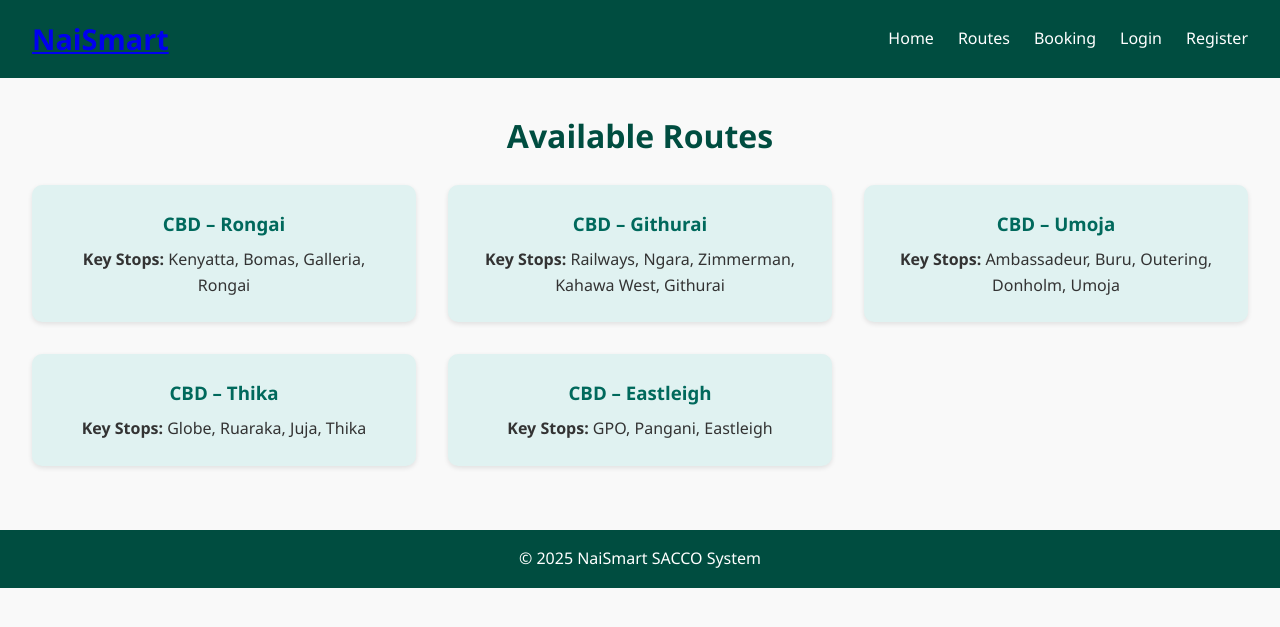
Repository: Ndegwa2/sacco
Page: Client./routes.html
The author's editor kept a copy of each file at every save. The page is drawn from the files as they stood at one save, then again after the next save.
The browser window is 1280 px wide. The pictures show the whole page.

Above is the page before, as saved 2025-06-10 23:01:17.

### Client./routes.html
<!DOCTYPE html>
<html lang="en">
<head>
  <meta charset="UTF-8" />
  <meta name="viewport" content="width=device-width, initial-scale=1.0"/>
  <title>Routes - NaiSmart</title>
  <link rel="stylesheet" href="/styles.css">
</head>
<body>

  <header>
    <nav>
      <h1 class="logo"><a href="/">NaiSmart</a></h1>
      <ul>
        <li><a href="index.html">Home</a></li>
        <li><a href="routes.html">Routes</a></li>
        <li><a href="Booking.html">Booking</a></li>
        <li><a href="login.html">Login</a></li>
        <li><a href="register.html">Register</a></li>
      </ul>
    </nav>
  </header>
  <section class="routes-section">
    <h2>Available Routes</h2>
    <div class="route-cards">
      <div class="route-card">
        <h3>CBD – Rongai</h3>
        <p><strong>Key Stops:</strong> Kenyatta, Bomas, Galleria, Rongai</p>
      </div>
      <div class="route-card">
        <h3>CBD – Githurai</h3>
        <p><strong>Key Stops:</strong> Railways, Ngara, Zimmerman, Kahawa West, Githurai</p>
      </div>
      <div class="route-card">
        <h3>CBD – Umoja</h3>
        <p><strong>Key Stops:</strong> Ambassadeur, Buru, Outering, Donholm, Umoja</p>
      </div>
      <div class="route-card">
        <h3>CBD – Thika</h3>
        <p><strong>Key Stops:</strong> Globe, Ruaraka, Juja, Thika</p>
      </div>
      <div class="route-card">
        <h3>CBD – Eastleigh</h3>
        <p><strong>Key Stops:</strong> GPO, Pangani, Eastleigh</p>
      </div>
    </div>
  </section>

  <footer>
    <p>&copy; 2025 NaiSmart SACCO System</p>
  </footer>

</body>
</html>

### styles.css
/* General reset and font */
* {
  margin: 0;
  padding: 0;
  box-sizing: border-box;
  font-family: 'Segoe UI', Tahoma, Geneva, Verdana, sans-serif;
}

body {
  background-color: #f9f9f9;
  color: #333;
  line-height: 1.6;
}
.about-us {
  padding: 4rem 2rem;
  background-color: #ffffff;
  color: #333;
  text-align: center;
}

.about-container {
  max-width: 900px;
  margin: 0 auto;
}

.about-us h3 {
  font-size: 2rem;
  color: #004d40;
  margin-bottom: 1.5rem;
}

.about-us p {
  font-size: 1.1rem;
  line-height: 1.7;
  margin-bottom: 1rem;
}

/* Navbar */
header {
  background-color: #004d40;
  padding: 1rem 2rem;
  color: white;
}

nav {
  display: flex;
  justify-content: space-between;
  align-items: center;
}

nav .logo {
  font-size: 1.8rem;
  font-weight: bold;
}

nav ul {
  list-style: none;
  display: flex;
  gap: 1.5rem;
}

nav ul li a {
  color: white;
  text-decoration: none;
  font-weight: 500;
}

nav ul li a:hover {
  text-decoration: underline;
}

/* Hero section */
.hero {
  background: url('https://img.freepik.com/free-photo/male-bus-driver-portrait_23-2151582626.jpg?ga=GA1.1.1362746214.1749109585&semt=ais_items_boosted&w=740') no-repeat center center/cover;
  color: white;
  text-align: center;
  padding: 6rem 2rem;
}

.hero h2 {
  font-size: 2.5rem;
  margin-bottom: 1rem;
}

.hero p {
  font-size: 1.2rem;
  max-width: 600px;
  margin: 0 auto 2rem auto;
}

.btn {
  display: inline-block;
  background-color: #00bfa5;
  color: white;
  padding: 0.8rem 1.5rem;
  border-radius: 5px;
  text-decoration: none;
  font-weight: bold;
}

.btn:hover {
  background-color: #008e76;
}
/*logo styling*/
.logo img {
  height: 50px;
  object-fit: contain;
}
/*slogan bar*/
.slogan-bar {
  background-color: #00bfa5;
  color: white;
  text-align: center;
  padding: 1.2rem;
  font-size: 1.1rem;
  font-weight: 500;
  letter-spacing: 0.5px;
  box-shadow: 0 2px 5px rgba(0, 0, 0, 0.1);
}

/* Services Section */
.services {
  padding: 4rem 2rem;
  text-align: center;
  background-color: #fff;
}

.services h3 {
  font-size: 2rem;
  margin-bottom: 2rem;
  color: #004d40;
}

.service-grid {
  display: grid;
  grid-template-columns: repeat(auto-fit, minmax(250px, 1fr));
  gap: 2rem;
}

.service-grid div {
  background-color: #e0f2f1;
  padding: 2rem;
  border-radius: 10px;
  box-shadow: 0 2px 5px rgba(0,0,0,0.05);
}

.service-grid h4 {
  color: #00695c;
  margin-bottom: 0.8rem;
}

/* Footer */
footer {
  text-align: center;
  background-color: #004d40;
  color: white;
  padding: 1rem;
  margin-top: 2rem;
}
/* Admin Header */
.admin-header {
  background-color: #00695c;
  color: white;
  padding: 1rem 2rem;
  display: flex;
  justify-content: space-between;
  align-items: center;
  position: fixed;
  width: 100%;
  top: 0;
  left: 0;
  z-index: 1000;
}

/* Admin Profile */
.admin-profile span {
  margin-right: 1rem;
  font-weight: bold;
}

/* Sidebar Navigation */
.admin-sidebar {
  background-color: #00695c;
  padding-top: 60px;
  height: 100vh;
  width: 200px;
  position: fixed;
  top: 0;
  left: 0;
  overflow-y: auto;
}

.admin-sidebar ul {
  list-style: none;
  padding: 0;
  margin: 0;
}

.admin-sidebar ul li a {
  display: block;
  padding: 1rem;
  color: white;
  text-decoration: none;
  transition: background-color 0.3s;
}

.admin-sidebar ul li a:hover,
.admin-sidebar ul li a.active {
  background-color: #004d40;
  font-weight: bold;
}

/* Main Content */
.admin-main {
  margin-left: 220px;
  margin-top: 80px;
  padding: 2rem;
  background-color: #f9f9f9;
  min-height: 100vh;
}

/* Section Styling */
.admin-section {
  background: #fff;
  padding: 2rem;
  border-radius: 10px;
  box-shadow: 0 0 10px rgba(0,0,0,0.05);
}

/* Add Button */
.add-btn {
  background-color: #00bfa5;
  color: white;
  padding: 0.6rem 1.2rem;
  border: none;
  border-radius: 6px;
  cursor: pointer;
  margin-bottom: 1rem;
}

/* Form Styling */
form#addFleetForm {
  background: #f1f8f6;
  padding: 1.5rem;
  border-radius: 8px;
  margin-bottom: 2rem;
  display: flex;
  flex-direction: column;
  gap: 1rem;
}

form input,
form select {
  padding: 0.7rem;
  border: 1px solid #ccc;
  border-radius: 4px;
  font-size: 1rem;
}

/* Table Styling */
.route-table {
  width: 100%;
  border-collapse: collapse;
  background-color: white;
  border-radius: 10px;
  overflow: hidden;
}

.route-table th,
.route-table td {
  padding: 1rem;
  text-align: left;
  border-bottom: 1px solid #ddd;
}

.route-table th {
  background-color: #004d40;
  color: white;
}

/* Status Badges */
.badge.active {
  background-color: #00bfa5;
  color: white;
  padding: 0.3rem 0.7rem;
  border-radius: 20px;
}

.badge.inactive {
  background-color: #ef5350;
  color: white;
  padding: 0.3rem 0.7rem;
  border-radius: 20px;
}

/* Action Buttons */
.edit-btn, .delete-btn {
  padding: 0.4rem 0.8rem;
  border: none;
  border-radius: 5px;
  cursor: pointer;
  margin-right: 0.5rem;
}

.edit-btn {
  background-color: #42a5f5;
  color: white;
}
/* Sacco Members Sidebar */
.sacco-members-sidebar {
  width: 200px;
  background-color: #004d40;
  color: white;
  padding: 1rem;
}

.sacco-members-sidebar ul {
  list-style: none;
  padding: 0;
}

.sacco-members-sidebar li {
  margin-bottom: 0.5rem;
}

.sacco-members-sidebar a {
  color: white;
  text-decoration: none;
}

.delete-btn {
  background-color: #ef5350;
  color: white;
}

/* Routes Section Styling */
.routes-section {
  padding: 2rem;
  text-align: center;
}

.routes-section h2 {
  font-size: 2rem;
  margin-bottom: 1.5rem;
  color: #004d40;
}

.route-cards {
  display: grid;
  grid-template-columns: repeat(auto-fit, minmax(300px, 1fr));
  gap: 2rem;
}

.route-card {
  background-color: #e0f2f1;
  padding: 1.5rem;
  border-radius: 10px;
  box-shadow: 0 2px 5px rgba(0,0,0,0.1);
}

.route-card h3 {
  color: #00695c;
  margin-bottom: 0.5rem;
}

.route-card p {
  font-size: 1rem;
}

/* Booking Section Styling */
.booking-section {
  padding: 2rem;
  text-align: center;
}

.booking-box {
  width: 500px;
  margin: 0 auto;
  background-color: #f9f9f9;
  padding: 2rem;
  border-radius: 10px;
  box-shadow: 0 2px 5px rgba(0,0,0,0.1);
}

.booking-box h2 {
  font-size: 2rem;
  margin-bottom: 1.5rem;
  color: #004d40;
}

.booking-box label {
  display: block;
  margin-bottom: 0.5rem;
  font-weight: bold;
  color: #333;
}

.booking-box input[type="text"],
.booking-box input[type="date"],
.booking-box input[type="time"],
.booking-box select {
  width: 100%;
  padding: 0.7rem;
  margin-bottom: 1rem;
  border: 1px solid #ccc;
  border-radius: 4px;
  box-sizing: border-box;
}

.booking-box .btn {
  display: block;
  width: 100%;
  padding: 0.8rem 1.5rem;
  background-color: #00bfa5;
  color: white;
  border: none;
  border-radius: 5px;
  cursor: pointer;
  font-weight: bold;
}

.booking-box .btn:hover {
  background-color: #008e76;
}

/* Auth container styling */
.auth-container {
  width: 300px;
  margin: 50px auto;
  padding: 20px;
  background-color: #f9f9f9;
  border: 1px solid #ddd;
  border-radius: 5px;
  text-align: center;
}

.auth-container h2 {
  margin-bottom: 20px;
  color: #333;
}

.auth-container input {
  width: 100%;
  padding: 10px;
  margin-bottom: 15px;
  border: 1px solid #ccc;
  border-radius: 4px;
  box-sizing: border-box;
}

.auth-container button {
  background-color: #007bff;
  color: white;
  padding: 12px 20px;
  border: none;
  border-radius: 5px;
  cursor: pointer;
  width: 100%;
}

.auth-container button:hover {
  background-color: #0056b3;
}

.auth-container p {
  margin-top: 15px;
}

.auth-container a {
  color: #007bff;
}

After the next save:
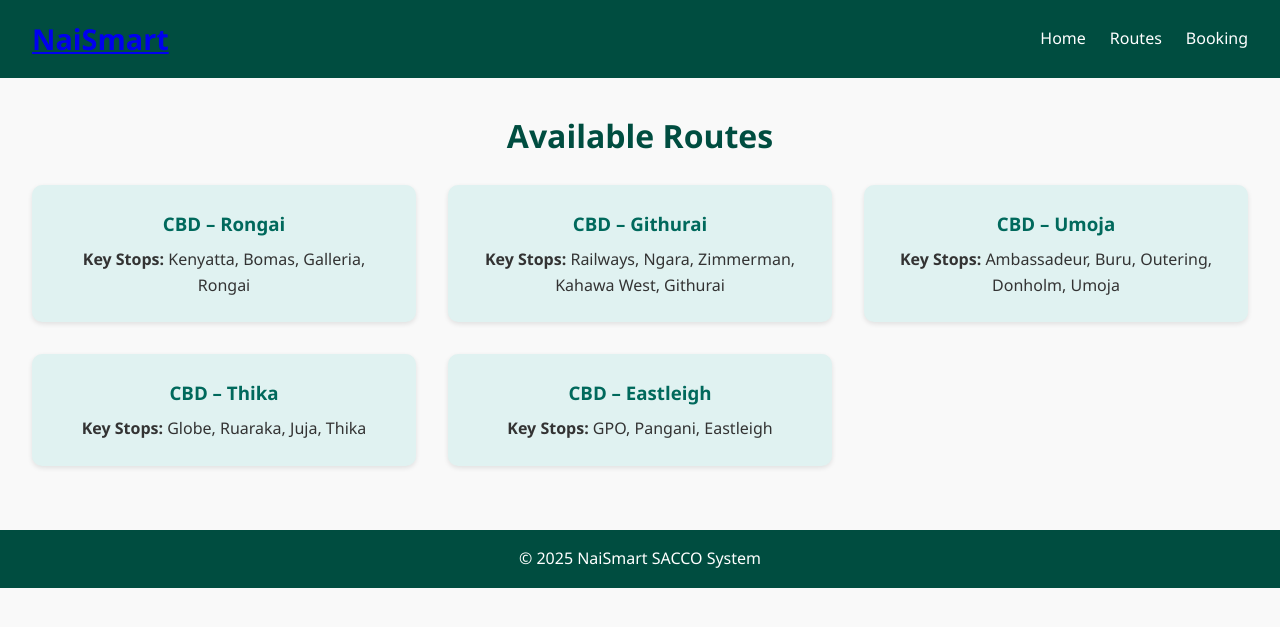
Saved 101 s later.
--- a/Client./routes.html
+++ b/Client./routes.html
@@ -15,8 +15,7 @@
         <li><a href="index.html">Home</a></li>
         <li><a href="routes.html">Routes</a></li>
         <li><a href="Booking.html">Booking</a></li>
-        <li><a href="login.html">Login</a></li>
-        <li><a href="register.html">Register</a></li>
+
       </ul>
     </nav>
   </header>
